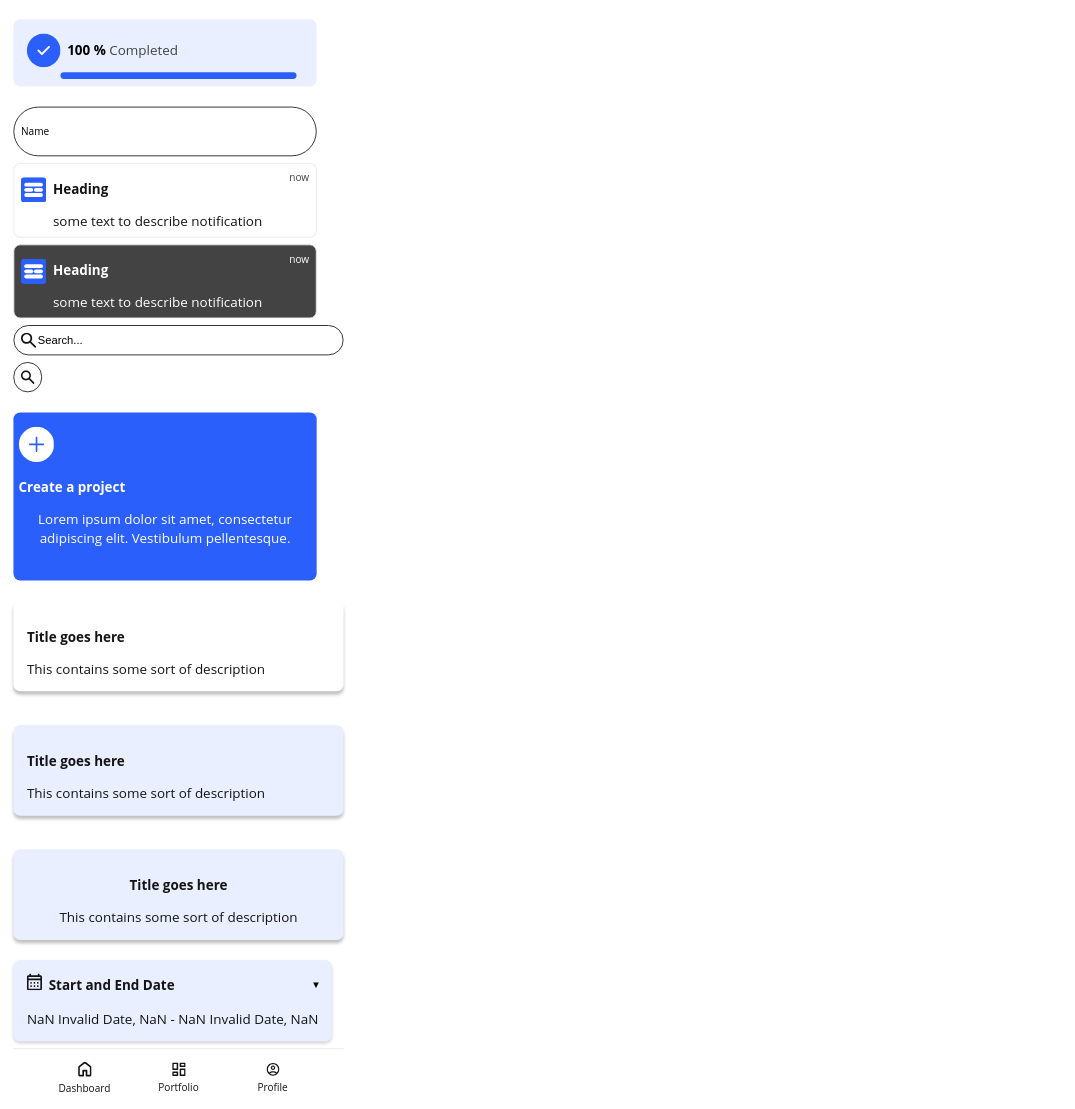
Repository: brunaguarizo/mosaic_app
Page: /
An editor plug-in stored every save of this project. The page is shown before and after the next save, followed by the edit.
The browser window is 1280 px wide. The pictures show the whole page, at 84% of full size.
The project was rebuilt for these pictures with package versions that can differ from the ones it lists, and the page was loaded fresh each time. The framework's server and built-in components were replaced by stand-ins that run in the browser. Also part of the build but not shown: next.config.mjs, app/_ui/Button/Button.js, app/_ui/Tag/Tag.js, app/_ui/Project_card/Project_card.js, app/_ui/Date_PopUp/Date_PopUp.module.css, app/_ui/Date_PopUp/Date_PopUp.js.

Above is the page before, as saved 2025-04-18 20:26:03.

### app/globals.css
/* ------------------------------------------------------ GENERAL STYLES ------------------------------------------------------ */
*,
*::before,
*::after {
    box-sizing: inherit;
}

html,
body {
    padding: 0;
    margin: 0;
    font-family: var(--font-family);
    box-sizing: border-box;
}

html {
    display: flex;
    justify-content: center;
    align-items: center;
    width: 393px;
    height: 100%;
    margin: var(--space-regular);
}

.container {
}

.two-column {
    display: grid;
    grid-template-columns: 1fr 1fr;
    gap: var(--space-large);
}

/* ------------------------------------------------------ VARIABLES ------------------------------------------------------ */
:root {
    /* ----- COLORS ----- */
    --blue-primary: rgb(43, 95, 252);
    --blue-50: rgb(234, 239, 255);
    --blue-900: rgb(18, 40, 106);
    --white: #ffffff;
    --black: rgb(20, 20, 20);
    --grey-400: rgb(67, 67, 67);
    --yellow-secondary: rgb(255, 218, 1);
    --orange-secondary: rgb(255, 94, 9);
    --green-secondary: rgb(0, 193, 79);
    --purple-secondary: rgb(154, 65, 255);

    /* ----- TYPE ----- */
    --font-family: "Open Sans", sans-serif;

    --header-xxlarge-size: 88px;
    --title-section-font-size: 30px;
    --button-font-size: 24px;
    --body-text-font-size: 20px;
    --menu-font-size: 16px;
    --label-font-size: 12px;

    --font-style-normal: normal;
    --font-weight-bold: bold;

    --line-height-xxlarge: 100px;
    --line-height-large: 36px;
    --line-height-medium: 28px;
    --line-height-small: 20px;

    /* ----- SPACING ----- */
    --space-small: 8px;
    --space-regular: 16px;
    --space-medium: 32px;
    --space-large: 48px;
    --space-extra-large: 140px;
}

### app/_ui/navbar/navbar.module.css

.nav {
    width: 393px;
    height: 72px;
    justify-content: center;
    align-items: center;
    display: flex;
    flex-direction: row;
    padding: 0;
    margin: 0;
    gap: var(--space-large);
    border-top: 1px solid var(--grey-50);
}

.navbar__item {
    display: flex;
    flex-direction: column;
    justify-content: center;
    align-items: center;
    gap: 4px;
    text-decoration: none;
    width: 60px;
    height: 44px;
    padding-left: 32px;
    padding-right: 32px;
    margin: 0;
}

.navbar__icon {
    max-width: 16px;
    padding: 0;
    margin: 0;
    fill: var(--black);
}

.navbar__text {
    color: var(--black);
    font-size: var(--label-font-size);
    font-weight: var(--font-weight-400);
    line-height: var(--line-height-small);
    text-decoration: none;
    padding: 0;
    margin: 0;
}

.navbar__item:hover .navbar__text,
.navbar__item:hover .navbar__icon,
.navbar__item:active .navbar__text,
.navbar__item:active .navbar__icon {
  color: var(--blue-primary);
  fill: var(--blue-primary);
}

/* ------------------------------------------------------ VARIABLES ------------------------------------------------------ */
:root {
    /* ----- COLORS ----- */
    --blue-primary: rgb(43,95,252);
    --blue-50: rgb(234, 239, 255);
    --blue-900: rgb(18, 40, 106);
    --white: #FFFFFF;
    --grey-50: #E8E8E8;
    --black: rgb(20, 20, 20);
    --grey-400: rgb(67, 67, 67);
    --yellow-secondary: rgb(255, 218, 1);
    --orange-secondary: rgb(255, 94, 9);
    --green-secondary: rgb(0, 193, 79);
    --purple-secondary: rgb(154, 65, 255);

    /* ----- TYPE ----- */
    --font-family: "Open Sans", sans-serif;

    --header-xxlarge-size: 88px;
    --title-section-font-size: 30px;
    --button-font-size: 24px;
    --body-text-font-size: 20px;
    --menu-font-size: 16px;
    --label-font-size: 12px;

    --font-style-normal: normal;
    --font-weight-bold: bold;

    --line-height-xxlarge: 100px;
    --line-height-large: 36px;
    --line-height-medium: 28px;
    --line-height-small: 20px;

    /* ----- SPACING ----- */
    --space-small: 8px;
    --space-regular: 16px;
    --space-medium: 32px;
    --space-large: 48px;
    --space-extra-large: 88px;
  }

### app/_ui/Project_card/Project_card.module.css
.card__container {
    display: flex;
    flex-direction: column;
    justify-content: center;
    align-items: center;
    background-color: var(--blue-50);
    border-radius: var(--space-small);
    padding: var(--space-regular);
    gap: var(--space-regular);
}

.card__menu {
    width: 100%;
    display: flex;
    justify-content: flex-end;
    padding: 0;
    margin: 0;
}

.card__icon {
    fill: var(--blue-primary);
    padding: 0;
    margin: 0;

    &:hover {
        fill: var(--blue-900);
    }
}

.card__title {
    font-family: var(--font-family);
    font-size: var(--font-size-regular);
    font-weight: var(--font-weight-bold);
    color: var(--black);
    padding: 0;
    margin: 0;
}

.card__text {
    font-family: var(--font-family);
    font-size: var(--font-size-small);
    font-weight: var(--font-weight-regular);
    color: var(--black);
    text-align: center;
    padding: 0;
    margin: 0;
    max-width: 220px;
}

.date {
    display: flex;
    align-items: center;
    gap: var(--space-small);
    padding: 0;
    margin: 0;
}

.date__icon {
    fill: var(--black);
    padding: 0;
    margin: 0;
}

/* ------------------------------------------------------ VARIABLES ------------------------------------------------------ */
:root {
    /* ----- COLORS ----- */
    --blue-primary: rgb(43, 95, 252);
    --blue-50: rgb(234, 239, 255);
    --blue-100: #bdcdfe;
    --blue-900: rgb(18, 40, 106);
    --white: #ffffff;
    --black: rgb(20, 20, 20);
    --grey-400: rgb(67, 67, 67);
    --yellow-secondary: rgb(255, 218, 1);
    --orange-secondary: rgb(255, 94, 9);
    --green-secondary: rgb(0, 193, 79);
    --purple-secondary: rgb(154, 65, 255);

    /* ----- TYPE ----- */
    --font-family: "Open Sans", sans-serif;

    --font-size-extra-large: 30px;
    --font-size-large: 24px;
    --font-size-medium: 20px;
    --font-size-regular: 16px;
    --font-size-small: 12px;

    --font-style-normal: normal;
    --font-weight-bold: bold;

    --line-height-xxlarge: 100px;
    --line-height-large: 36px;
    --line-height-medium: 28px;
    --line-height-small: 20px;

    /* ----- SPACING ----- */
    --space-small: 8px;
    --space-regular: 16px;
    --space-medium: 32px;
    --space-large: 48px;
    --space-extra-large: 140px;
}

### app/_ui/Button/Button.module.css
.button {
    font-family: var(--font-family);
    font-size: var(--font-size-regular);
    font-weight: var(--font-weight-bold);
    width: 100%;
    padding-top: var(--space-small);
    padding-left: var(--space-regular);
    padding-right: var(--space-regular);
    padding-bottom: var(--space-small);
    border-radius: 100px;
    align-items: center;
    border: none;

    &:hover {
        background-color: var(--blue-900);
        color: var(--white);
    }
}

.primary {
    background: var(--blue-primary);
    color: var(--white);
}

.secondary {
    background-color: var(--white);
    border: 1px solid var(--blue-primary);
    color: var(--blue-primary);
}

.disabled {
    pointer-events: none;
    color: var(--white);
    background-color: var(--blue-100);
}

.small {
    font-size: var(--font-size-small);
    padding: var(--space-small);
    align-items: center;
}

.large {
    font-size: var(--font-size-large);
    padding: var(--space-regular);
}

.error {
    background-color: var(--orange-secondary);
}

/* ------------------------------------------------------ VARIABLES ------------------------------------------------------ */
:root {
    /* ----- COLORS ----- */
    --blue-primary: rgb(43, 95, 252);
    --blue-50: rgb(234, 239, 255);
    --blue-100: #bdcdfe;
    --blue-900: rgb(18, 40, 106);
    --white: #ffffff;
    --black: rgb(20, 20, 20);
    --grey-400: rgb(67, 67, 67);
    --yellow-secondary: rgb(255, 218, 1);
    --orange-secondary: rgb(255, 94, 9);
    --green-secondary: rgb(0, 193, 79);
    --purple-secondary: rgb(154, 65, 255);

    /* ----- TYPE ----- */
    --font-family: "Open Sans", sans-serif;

    --font-size-extra-large: 30px;
    --font-size-large: 24px;
    --font-size-medium: 20px;
    --font-size-regular: 16px;
    --font-size-small: 12px;

    --font-style-normal: normal;
    --font-weight-bold: bold;

    --line-height-xxlarge: 100px;
    --line-height-large: 36px;
    --line-height-medium: 28px;
    --line-height-small: 20px;

    /* ----- SPACING ----- */
    --space-small: 8px;
    --space-regular: 16px;
    --space-medium: 32px;
    --space-large: 48px;
    --space-extra-large: 140px;
}

### app/_ui/Date_Card/Date_Card.module.css
.card {
    background-color: var(--blue-50);
    border-radius: var(--space-small);
    padding: var(--space-regular);
    gap: var(--space-regular);
    box-shadow: 0 2px 4px rgba(0, 0, 0, 0.2);
    font-family: var(--font-family);
    cursor: pointer;
    display: flex;
    flex-direction: column;
    width: fit-content;
}

.header {
    display: flex;
    align-items: center;
    gap: var(--space-small);
    font-size: var(--font-size-regular);
    font-weight: var(--font-weight-bold);
    color: var(--black);
}

.label {
    flex-grow: 1;
}

.arrow {
    font-size: var(--font-size-small);
    color: black;
}

.arrow:hover {
    font-size: var(--font-size-small);
    color: var(--blue-primary);
}

.dateRange {
    margin-top: 2px;
    font-size: var(--font-size-regular);
    color: var(--black);
}

/* ------------------------------------------------------ VARIABLES ------------------------------------------------------ */
:root {
    /* ----- COLORS ----- */
    --blue-primary: rgb(43, 95, 252);
    --blue-50: rgb(234, 239, 255);
    --blue-100: #bdcdfe;
    --blue-900: rgb(18, 40, 106);
    --white: #ffffff;
    --black: rgb(20, 20, 20);
    --grey-400: rgb(67, 67, 67);
    --yellow-secondary: rgb(255, 218, 1);
    --orange-secondary: rgb(255, 94, 9);
    --green-secondary: rgb(0, 193, 79);
    --purple-secondary: rgb(154, 65, 255);

    /* ----- TYPE ----- */
    --font-family: "Open Sans", sans-serif;

    --font-size-extra-large: 30px;
    --font-size-large: 24px;
    --font-size-medium: 20px;
    --font-size-regular: 16px;
    --font-size-small: 12px;

    --font-style-normal: normal;
    --font-weight-bold: bold;

    --line-height-xxlarge: 100px;
    --line-height-large: 36px;
    --line-height-medium: 28px;
    --line-height-small: 20px;

    /* ----- SPACING ----- */
    --space-small: 8px;
    --space-regular: 16px;
    --space-medium: 32px;
    --space-large: 48px;
    --space-extra-large: 140px;
}

### app/_ui/Create_Project_Button/Create_Project_Button.module.css
.button_background {
    background-color: var(--blue-primary);
    border-radius: var(--space-small);
    border: none;
    width: 361px;
    height: 200px;
    display: flex;
    flex-direction: column;
    margin-top: var(--space-regular);
}

.button_icon {
    width: 42px;
    height: 42px;
    align-self: center;
    box-sizing: content-box;
    margin-top: var(--space-regular);
}

.button_heading {
    text-align: center;
    font-family: "Open Sans", sans-serif;
    font-size: var(--menu-font-size);
    font-weight: var(--font-weight-bold);
    color: white;
    padding: 0px;
    border: 0px;
    margin-top: var(--space-regular);
    margin-bottom: 0px;
}

.button_description {
    font-family: "Open Sans", sans-serif;
    font-size: var(--menu-font-size);
    font-style: var(--font-weight-normal);
    color: white;
    border: 0px;
    padding: 0px;
    margin-top: var(--space-regular);
    margin-bottom: 0px;
}
/* ------------------------------------------------------ VARIABLES ------------------------------------------------------ */
:root {
    /* ----- COLORS ----- */
    --blue-primary: rgb(43, 95, 252);
    --blue-50: rgb(234, 239, 255);
    --blue-900: rgb(18, 40, 106);
    --white: #ffffff;
    --grey-50: #e8e8e8;
    --black: rgb(20, 20, 20);
    --grey-400: rgb(67, 67, 67);
    --yellow-secondary: rgb(255, 218, 1);
    --orange-secondary: rgb(255, 94, 9);
    --green-secondary: rgb(0, 193, 79);
    --purple-secondary: rgb(154, 65, 255);

    /* ----- TYPE ----- */
    --font-family: "Open Sans", sans-serif;

    --header-xxlarge-size: 88px;
    --title-section-font-size: 30px;
    --button-font-size: 24px;
    --body-text-font-size: 20px;
    --menu-font-size: 16px;
    --label-font-size: 12px;

    --font-style-normal: normal;
    --font-weight-bold: bold;

    --line-height-xxlarge: 100px;
    --line-height-large: 36px;
    --line-height-medium: 28px;
    --line-height-small: 20px;

    /* ----- SPACING ----- */
    --space-small: 8px;
    --space-regular: 16px;
    --space-medium: 32px;
    --space-large: 48px;
    --space-extra-large: 140px;
}

### app/_ui/Search_Bar/Search_Bar.module.css
.primary {
    border: 1px solid var(--black);
    padding: var(--space-small);
    box-sizing: content-box;
    display: flex;
    flex-direction: row;
    border-radius: var(--border-radius-large);
}

.secondary {
    border: 1px solid var(--black);
    border-radius: var(--border-radius-large);
    width: var(--space-regular);
}

.visible {
    border: none;
}
.invisible {
    display: none;
}

.search_item {
    border: none;
}

.search_item:focus {
    outline: none;
    box-shadow: none;
}

/* ------------------------------------------------------ VARIABLES ------------------------------------------------------ */
:root {
    /* ----- COLORS ----- */
    --blue-primary: rgb(43, 95, 252);
    --blue-50: rgb(234, 239, 255);
    --blue-900: rgb(18, 40, 106);
    --white: #ffffff;
    --grey-50: #e8e8e8;
    --black: rgb(20, 20, 20);
    --grey-400: rgb(67, 67, 67);
    --yellow-secondary: rgb(255, 218, 1);
    --orange-secondary: rgb(255, 94, 9);
    --green-secondary: rgb(0, 193, 79);
    --purple-secondary: rgb(154, 65, 255);

    /* ----- BORDER RADIUS ----- */
    --border-radius-large: 100px;

    /* ----- TYPE ----- */
    --font-family: "Open Sans", sans-serif;

    --header-xxlarge-size: 88px;
    --title-section-font-size: 30px;
    --button-font-size: 24px;
    --body-text-font-size: 20px;
    --menu-font-size: 16px;
    --label-font-size: 12px;

    --font-style-normal: normal;
    --font-weight-bold: bold;

    --line-height-xxlarge: 100px;
    --line-height-large: 36px;
    --line-height-medium: 28px;
    --line-height-small: 20px;

    /* ----- SPACING ----- */
    --space-small: 8px;
    --space-regular: 16px;
    --space-medium: 32px;
    --space-large: 48px;
    --space-extra-large: 140px;
}

### app/_ui/Heading_Bar/Heading_Bar.module.css
.contentInner {
    display: flex;
    flex-direction: column;
    gap: var(--space-regular);
}

.row {
    display: flex;
    align-items: center;
}

.heading {
    flex-grow: 1;
    text-align: center;
    font-weight: var(--font-weight-normal);
    font-size: var(--button-font-size);
}

.icon {
    color: var(--blue-50);
    display: flex;
    align-items: center;
    justify-content: center;
}
.visible {
    display: flex;
}

.hidden {
    display: none;
}

.iconButton {
    background: none;
    border: none;
    color: var(--blue-50);
    display: flex;
    align-items: center;
    justify-content: center;
    padding: var(--space-small);
}

.iconButton:hover {
    background-color: var(--blue-50);
    border-radius: var(--border-radius-large);
}

.pagination {
    flex-grow: 1;
    text-align: right;
    color: var(--black);
    font-size: var(--menu-font-size);
    padding-right: var(--space-small);
}
/* ------------------------------------------------------ VARIABLES ------------------------------------------------------ */
:root {
    /* ----- COLORS ----- */
    --blue-primary: rgb(43, 95, 252);
    --blue-50: rgb(234, 239, 255);
    --blue-900: rgb(18, 40, 106);
    --white: #ffffff;
    --grey-50: #e8e8e8;
    --black: rgb(20, 20, 20);
    --grey-400: rgb(67, 67, 67);
    --yellow-secondary: rgb(255, 218, 1);
    --orange-secondary: rgb(255, 94, 9);
    --green-secondary: rgb(0, 193, 79);
    --purple-secondary: rgb(154, 65, 255);

    /* ----- BORDER RADIUS ----- */
    --border-radius-large: 100px;

    /* ----- TYPE ----- */
    --font-family: "Open Sans", sans-serif;

    --header-xxlarge-size: 88px;
    --title-section-font-size: 30px;
    --button-font-size: 24px;
    --body-text-font-size: 20px;
    --menu-font-size: 16px;
    --label-font-size: 12px;

    --font-style-normal: normal;
    --font-weight-bold: bold;

    --line-height-xxlarge: 100px;
    --line-height-large: 36px;
    --line-height-medium: 28px;
    --line-height-small: 20px;

    /* ----- SPACING ----- */
    --space-small: 8px;
    --space-regular: 16px;
    --space-medium: 32px;
    --space-large: 48px;
    --space-extra-large: 140px;
}

### app/_ui/Progress_Bar/Progress_Bar.module.css
.background {
    background-color: var(--blue-50);
    display: flex;
    flex-direction: row;
    border-radius: var(--space-small);
    align-items: center;
    padding: 16px;
    width: 361px;
    height: 80px;
    margin-top: var(--space-regular);
}
.icon {
    color: var(--blue-primary);
}

.content_row {
    display: flex;
    flex-direction: column;
}

.bar_text {
    display: flex;
    flex-direction: row;
    align-items: center;
}
.bar_completion,
.bar_amount {
    font-family: var(--font-family);
}
.bar_completion {
    color: var(--grey-400);
}
.bar_amount {
    font-size: var(--menu-font-size);
    padding-right: 4px;
}
.bar_text {
    padding-left: var(--space-small);
}

.bar {
    background-color: var(--blue-primary);
    width: 281px;
    height: var(--space-small);
    border-radius: var(--space-small);
}

/* ------------------------------------------------------ VARIABLES ------------------------------------------------------ */
:root {
    /* ----- COLORS ----- */
    --blue-primary: rgb(43, 95, 252);
    --blue-50: rgb(234, 239, 255);
    --blue-900: rgb(18, 40, 106);
    --white: #ffffff;
    --grey-50: #e8e8e8;
    --black: rgb(20, 20, 20);
    --grey-400: rgb(67, 67, 67);
    --yellow-secondary: rgb(255, 218, 1);
    --orange-secondary: rgb(255, 94, 9);
    --green-secondary: rgb(0, 193, 79);
    --purple-secondary: rgb(154, 65, 255);

    /* ----- TYPE ----- */
    --font-family: "Open Sans", sans-serif;

    --header-xxlarge-size: 88px;
    --title-section-font-size: 30px;
    --button-font-size: 24px;
    --body-text-font-size: 20px;
    --menu-font-size: 16px;
    --label-font-size: 12px;

    --font-style-normal: normal;
    --font-weight-bold: bold;

    --line-height-xxlarge: 100px;
    --line-height-large: 36px;
    --line-height-medium: 28px;
    --line-height-small: 20px;

    /* ----- SPACING ----- */
    --space-small: 8px;
    --space-regular: 16px;
    --space-medium: 32px;
    --space-large: 48px;
    --space-extra-large: 140px;
}

### app/_ui/Input_Box/Input_Box.module.css
.primary {
    border-radius: 100px;
    width: 361px;
}

.hidden {
    display: none;
}

.secondary {
    border: 1px solid var(--black);
    padding: 8px;
    margin-top: var(--space-regular);
    border-radius: 100px;
    width: 361px;
}
.input_name {
    font-family: var(--font-family);
    font-size: var(--label-font-size);
}

.input_box {
    font-family: var(--font-family);
    font-size: var(--label-font-size);
    color: var(--black);
    padding: 8px;
    border-radius: 100px;
    width: 361px;
    border: 1px solid var(--black);
}

/* ------------------------------------------------------ VARIABLES ------------------------------------------------------ */
:root {
    /* ----- COLORS ----- */
    --blue-primary: rgb(43, 95, 252);
    --blue-50: rgb(234, 239, 255);
    --blue-900: rgb(18, 40, 106);
    --white: #ffffff;
    --grey-50: #e8e8e8;
    --black: rgb(20, 20, 20);
    --grey-400: rgb(67, 67, 67);
    --yellow-secondary: rgb(255, 218, 1);
    --orange-secondary: rgb(255, 94, 9);
    --green-secondary: rgb(0, 193, 79);
    --purple-secondary: rgb(154, 65, 255);

    /* ----- TYPE ----- */
    --font-family: "Open Sans", sans-serif;

    --header-xxlarge-size: 88px;
    --title-section-font-size: 30px;
    --button-font-size: 24px;
    --body-text-font-size: 20px;
    --menu-font-size: 16px;
    --label-font-size: 12px;

    --font-style-normal: normal;
    --font-weight-bold: bold;

    --line-height-xxlarge: 100px;
    --line-height-large: 36px;
    --line-height-medium: 28px;
    --line-height-small: 20px;

    /* ----- SPACING ----- */
    --space-small: 8px;
    --space-regular: 16px;
    --space-medium: 32px;
    --space-large: 48px;
    --space-extra-large: 140px;
}

### app/_ui/Tag/Tag.module.css
.tag {
    font-family: var(--font-family);
    font-size: var(--font-size-small);
    font-weight: var(--font-weight-regular);
    width: 80px;
    padding: var(--space-extra-small);
    border-radius: 100px;
    border: none;
    background-color: var(--orange-secondary);

    display: flex;
    justify-content: center;
    align-items: center;
    text-align: center;
}

/* ------------------------------------------------------ VARIABLES ------------------------------------------------------ */
:root {
    /* ----- COLORS ----- */
    --blue-primary: rgb(43, 95, 252);
    --blue-50: rgb(234, 239, 255);
    --blue-100: #bdcdfe;
    --blue-900: rgb(18, 40, 106);
    --white: #ffffff;
    --black: rgb(20, 20, 20);
    --grey-400: rgb(67, 67, 67);
    --yellow-secondary: rgb(255, 218, 1);
    --orange-secondary: rgb(255, 94, 9);
    --green-secondary: rgb(0, 193, 79);
    --purple-secondary: rgb(154, 65, 255);

    /* ----- TYPE ----- */
    --font-family: "Open Sans", sans-serif;

    --font-size-extra-large: 30px;
    --font-size-large: 24px;
    --font-size-medium: 20px;
    --font-size-regular: 16px;
    --font-size-small: 12px;

    --font-style-normal: normal;
    --font-weight-bold: bold;

    --line-height-xxlarge: 100px;
    --line-height-large: 36px;
    --line-height-medium: 28px;
    --line-height-small: 20px;

    /* ----- SPACING ----- */
    --space-extra-small: 4px;
    --space-small: 8px;
    --space-regular: 16px;
    --space-medium: 32px;
    --space-large: 48px;
    --space-extra-large: 140px;
}

Loaded but not shown: app/layout.js (common file); app/_ui/Heading_Bar/Heading_Bar.js (110 lines, source omitted); app/_ui/navbar/navbar.js (56 lines, source omitted); app/_ui/Date_Card/Date_Card.js (50 lines, source omitted); app/page.js (80 lines, source omitted); app/_ui/Search_Bar/Search_Bar.js (36 lines, source omitted); app/_ui/Create_Project_Button/Create_Project_Button.js (38 lines, source omitted); app/_ui/Progress_Bar/Progress_Bar.js (38 lines, source omitted); app/_ui/Notification_Box/Notification_Box.js (37 lines, source omitted); app/_ui/Input_Box/Input_Box.js (27 lines, source omitted); app/_ui/Description_Box/Description_Box.js (18 lines, source omitted); app/page.module.css (174 lines, source omitted); app/_ui/Description_Box/Description_Box.module.css (94 lines, source omitted); app/_ui/Notification_Box/Notification_Box.module.css (107 lines, source omitted)

After the next save:
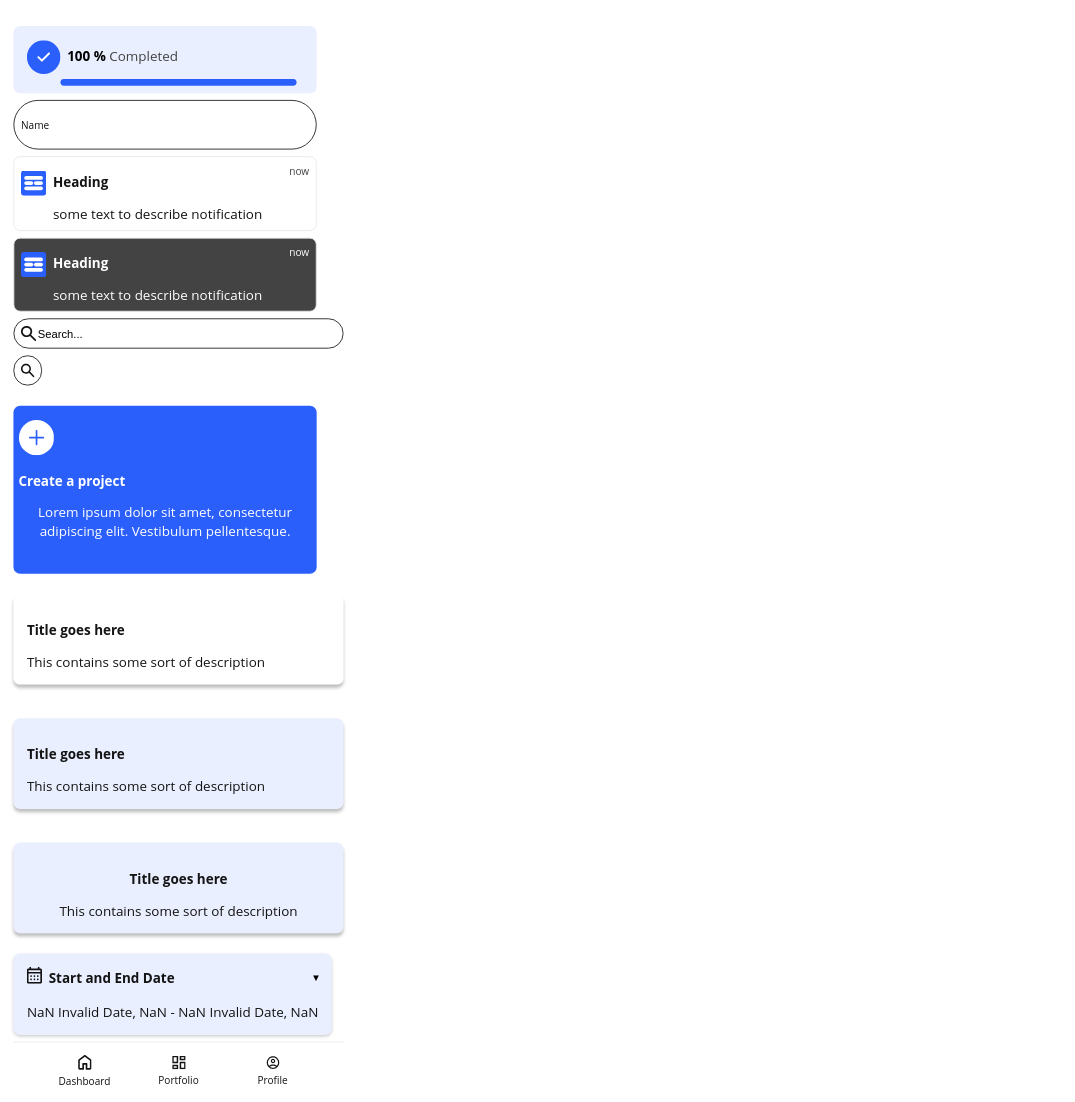
Saved 14 s later.
--- a/app/_ui/Input_Box/Input_Box.module.css
+++ b/app/_ui/Input_Box/Input_Box.module.css
@@ -8,11 +8,13 @@
 }
 
 .secondary {
-    border: 1px solid var(--black);
+    font-family: var(--font-family);
+    font-size: var(--label-font-size);
+    color: var(--black);
     padding: 8px;
-    margin-top: var(--space-regular);
     border-radius: 100px;
     width: 361px;
+    border: 1px solid var(--black);
 }
 .input_name {
     font-family: var(--font-family);
